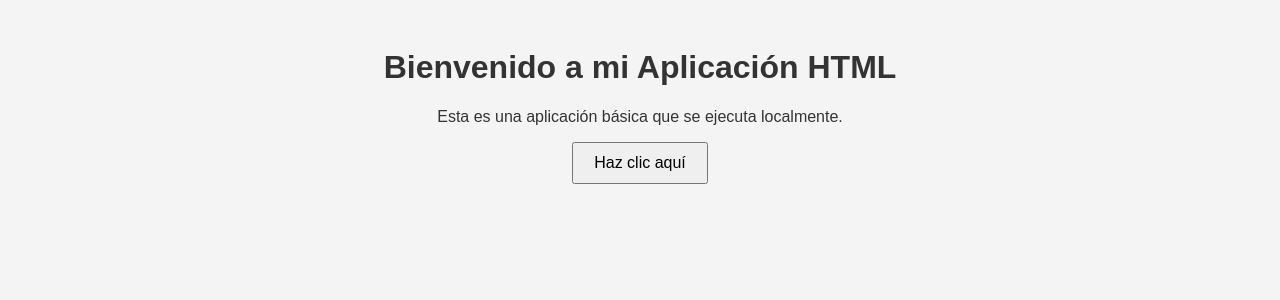
Repository: cflorido/Front_T3
Page: index.html
The author's editor kept a copy of each file at every save. The page is drawn from the files as they stood at one save, then again after the next save.
The browser window is 1280 px wide. The pictures show the whole page.

Above is the page before, as saved 2024-10-22 17:50:01.

After the next save:
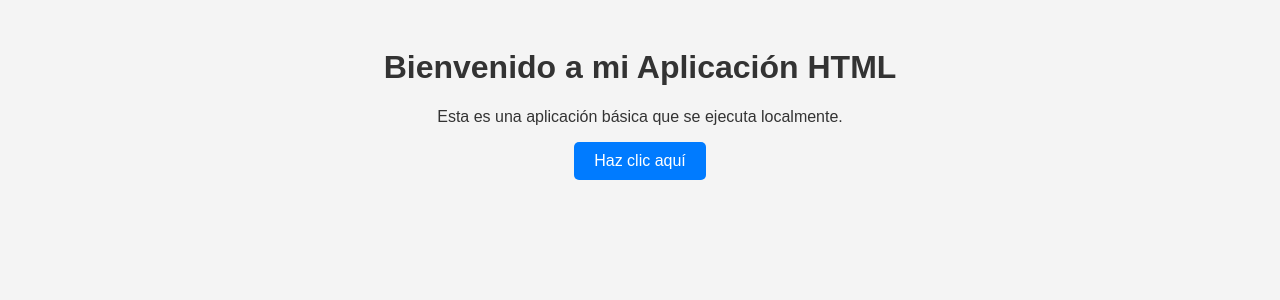
Saved 13 min 8 s later.
--- a/index.html
+++ b/index.html
@@ -16,61 +16,49 @@
             padding: 10px 20px;
             font-size: 16px;
             cursor: pointer;
+            background-color: #007BFF; /* Color de fondo azul */
+            color: white; /* Color del texto */
+            border: none; /* Sin borde */
+            border-radius: 5px; /* Bordes redondeados */
+            transition: background-color 0.3s; /* Efecto de transición */
         }
-        table {
-            margin: 20px auto;
-            border-collapse: collapse;
-            width: 80%;
+        button:hover {
+            background-color: #0056b3; /* Color más oscuro al pasar el mouse */
         }
-        th, td {
+        #contenido {
+            margin-top: 20px;
+            padding: 10px;
             border: 1px solid #333;
-            padding: 10px;
-            text-align: center;
-        }
-        th {
-            background-color: #ddd;
-        }
-        .hidden {
-            display: none;
+            background-color: #fff;
+            display: none; /* Oculto por defecto */
         }
     </style>
 </head>
 <body>
     <h1>Bienvenido a mi Aplicación HTML</h1>
     <p>Esta es una aplicación básica que se ejecuta localmente.</p>
-    <button onclick="mostrarTabla()">Haz clic aquí</button>
+    <button onclick="cargarContenido()">Haz clic aquí</button>
 
-    <table id="miTabla" class="hidden">
-        <thead>
-            <tr>
-                <th>Nombre</th>
-                <th>Edad</th>
-                <th>Ciudad</th>
-            </tr>
-        </thead>
-        <tbody>
-            <tr>
-                <td>Ana</td>
-                <td>28</td>
-                <td>Bogotá</td>
-            </tr>
-            <tr>
-                <td>Juan</td>
-                <td>32</td>
-                <td>Medellín</td>
-            </tr>
-            <tr>
-                <td>Lucía</td>
-                <td>25</td>
-                <td>Cali</td>
-            </tr>
-        </tbody>
-    </table>
+    <div id="contenido"></div>
 
     <script>
-        function mostrarTabla() {
-            const tabla = document.getElementById("miTabla");
-            tabla.classList.toggle("hidden"); // Muestra u oculta la tabla
+        function cargarContenido() {
+            fetch('data.txt')
+                .then(response => {
+                    if (!response.ok) {
+                        throw new Error('Error al cargar el archivo: ' + response.statusText);
+                    }
+                    return response.text();
+                })
+                .then(data => {
+                    const contenidoDiv = document.getElementById("contenido");
+                    contenidoDiv.textContent = data; // Muestra el contenido del archivo
+                    contenidoDiv.style.display = 'block'; // Muestra el div
+                })
+                .catch(error => {
+                    console.error(error);
+                    alert('No se pudo cargar el contenido.');
+                });
         }
     </script>
 </body>
